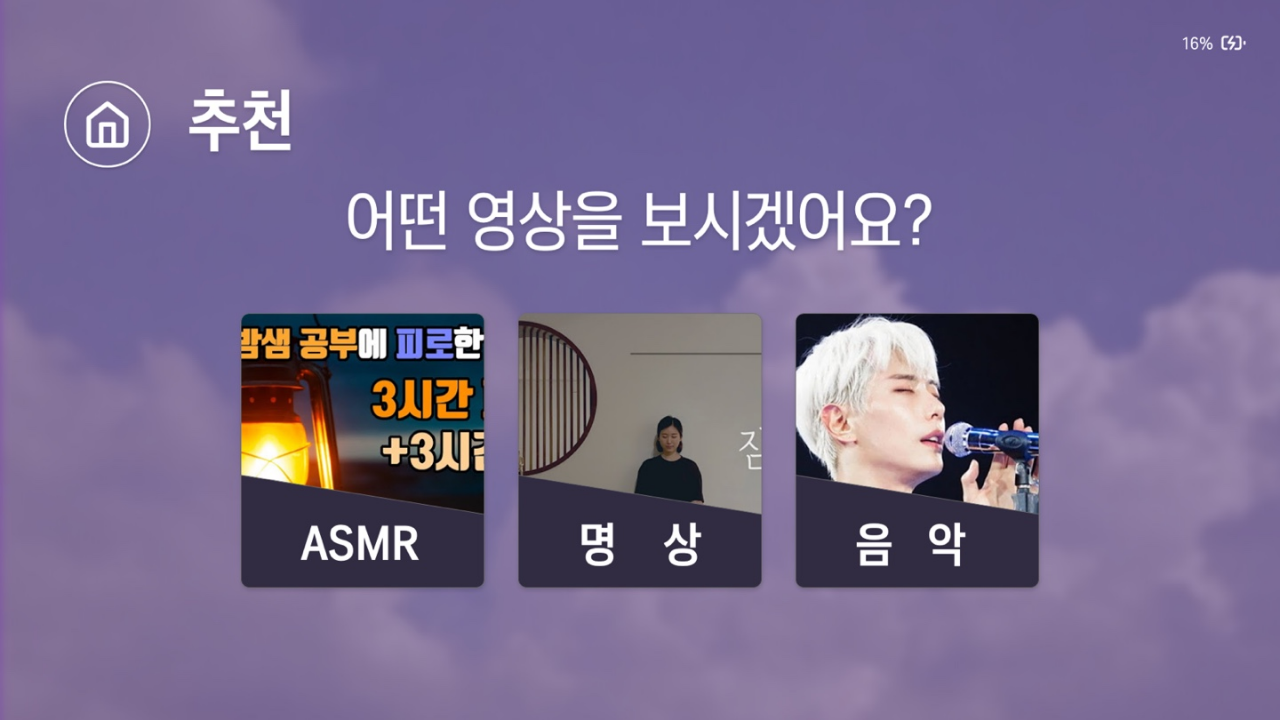
Repository: meanz1/SE_SleepWithMe
Page: SmartTVWorkspace/testapp/recom.html
An editor plug-in stored every save of this project. The page is shown before and after the next save, followed by the edit.
The browser window is 1280 px wide. The page is 1280 px wide, then 1288 px, so the pictures cover 1288 px, including what lies to the right of the window. The pictures show the whole page.

Above is the page before, as saved 2021-11-18 07:46:59.

After the next save:
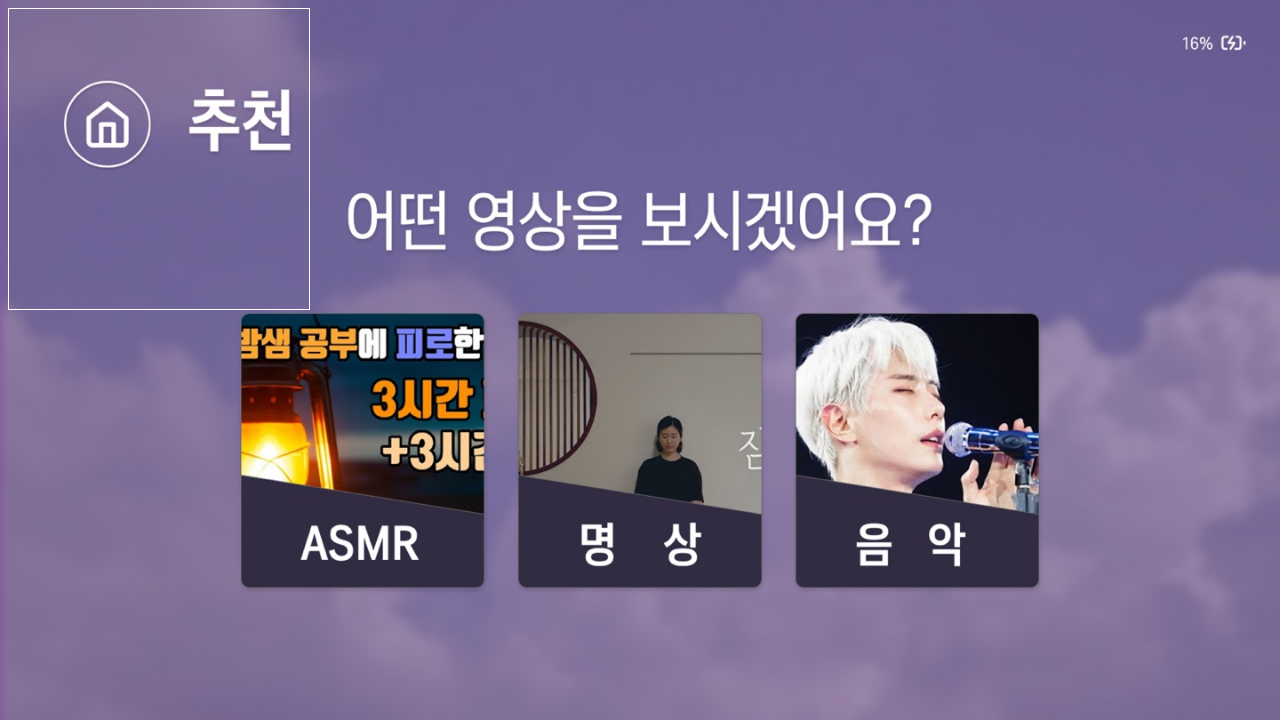
Saved 3 min 1 s later.
--- a/SmartTVWorkspace/testapp/recom.html
+++ b/SmartTVWorkspace/testapp/recom.html
@@ -11,7 +11,11 @@
         width: 100%;
     }
 
-
+    #move {
+    	width: 300px;
+    	height: 300px;
+    	border: 1px solid white;
+    }
 </style>
 <script type="text/javascript">
 
@@ -21,7 +25,7 @@
 </script>
 </head>
 <body>
-
+	<div id="move"></div>
 
 </body>
 </html>
